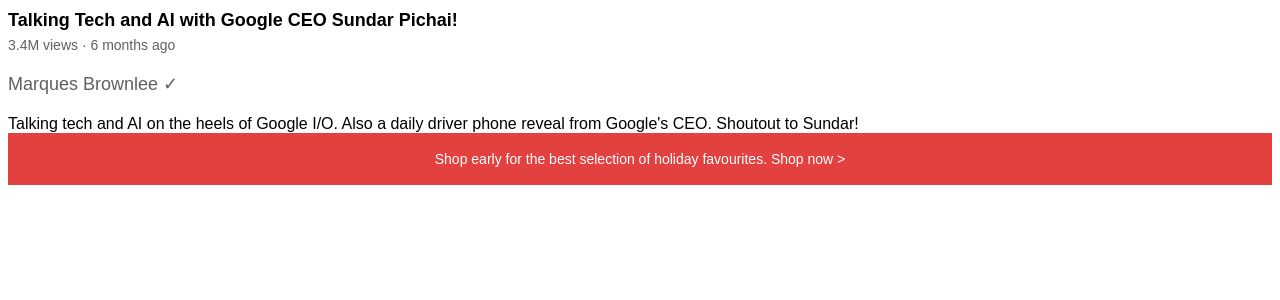
Repository: knowledgeAlan/html-css-five
Page: text.html
An editor plug-in stored every save of this project. The page is shown before and after the next save, followed by the edit.
The browser window is 1280 px wide. The pictures show the whole page.

Above is the page before, as saved 2024-02-28 19:06:59.

### text.html
<style>
    p{
        font-family: Arial;
        margin-top: 0;
        margin-bottom: 0;
    }

    .video-stats{
        font-size: 14px;
        color: rgb(96, 96, 96);
        margin-bottom: 20px;
    }

    .video-title {
        font-weight: bold;
        font-size: 18px;
        width: 280 px;
        line-height: 24px;
        margin-bottom: 5px ;
    }

    .video-author {
        font-size: 18px;
        color: rgb(96, 96, 96);
        margin-bottom: 20px ;
    }

    .video-description {
        font-size: 14px;
        color: rgb(96, 96, 96);
        width: 280px;
        line-height: 22px;
        margin-bottom: 100px;
    }


    .apple-text {
        margin-bottom: 50px;
        font-size: 14px;
        background-color: rgb(227, 65, 64);
        color: white;
        text-align: center;
        padding-top: 18px;
        padding-bottom: 18px;
    }


    .span-example {
        color:red;
    }

    .span-example:hover{
        text-decoration: underline;
    }

    .shop-link {
        cursor: pointer;
    }

    .shop-link:hover{
        text-decoration: underline;
    }

</style>


<p class="video-title">
    Talking Tech and AI with Google CEO Sundar Pichai!
</p>

<p class="video-stats">
    3.4M views &#183; 6 months ago
</p>


<p class="video-author">
    Marques Brownlee &#10003;
</p>

<p class="video-decription">
    Talking tech and AI on the heels of Google I/O. Also a daily driver phone reveal from Google's CEO. Shoutout to Sundar!
</p>

<p class="apple-text">
    Shop early for the best selection of holiday favourites. <span class="shop-link">Shop now &#62;</span>
</p>

After the next save:
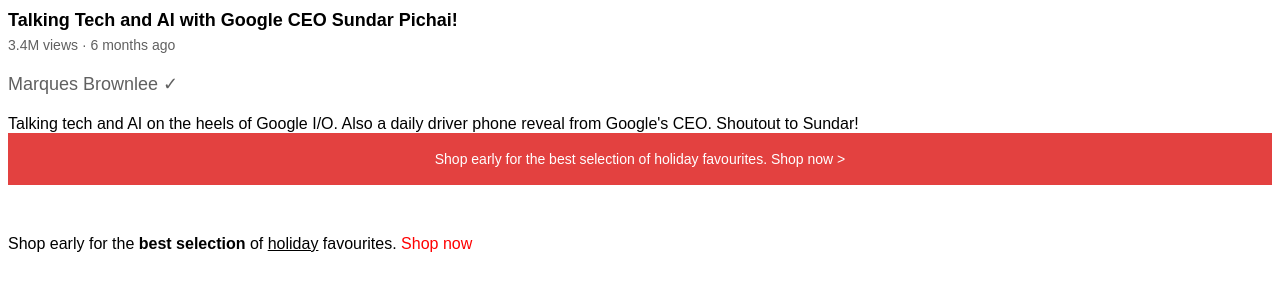
Saved 20 s later.
--- a/text.html
+++ b/text.html
@@ -84,3 +84,7 @@
 <p class="apple-text">
     Shop early for the best selection of holiday favourites. <span class="shop-link">Shop now &#62;</span>
 </p>
+
+<p>
+    Shop early for the <strong>best selection</strong> of <u>holiday</u> favourites. <span class="span-example">Shop now</span>
+</p>
